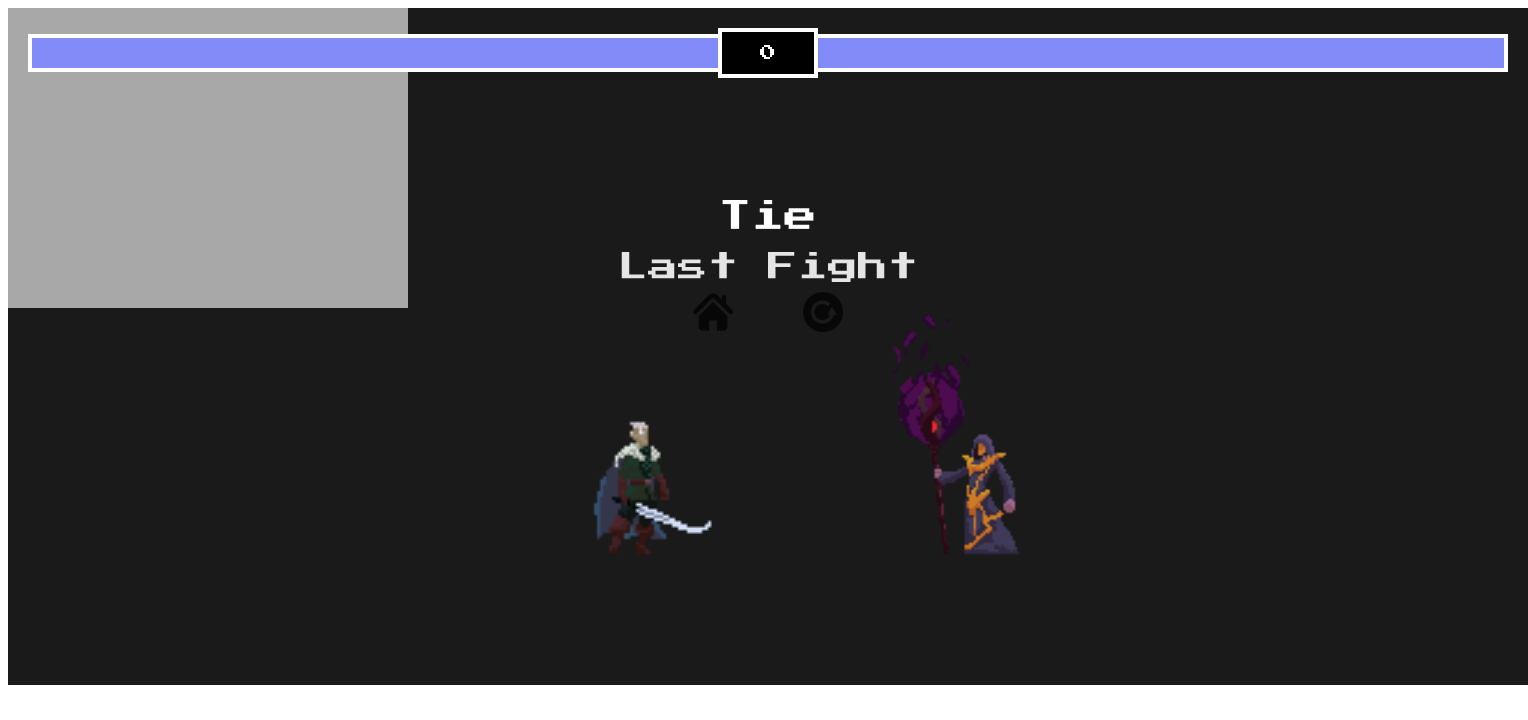
Repository: Gaurav31052/Fighting-game
Page: index.html
The author's editor kept a copy of each file at every save. The page is drawn from the files as they stood at one save, then again after the next save.
The browser window is 1280 px wide. The page is 1528 px wide, so the pictures cover 1528 px, including what lies to the right of the window. The pictures show the whole page.
Some web libraries are served in a nearby version.

Above is the page before, as saved 2024-05-30 23:19:07.

After the next save:
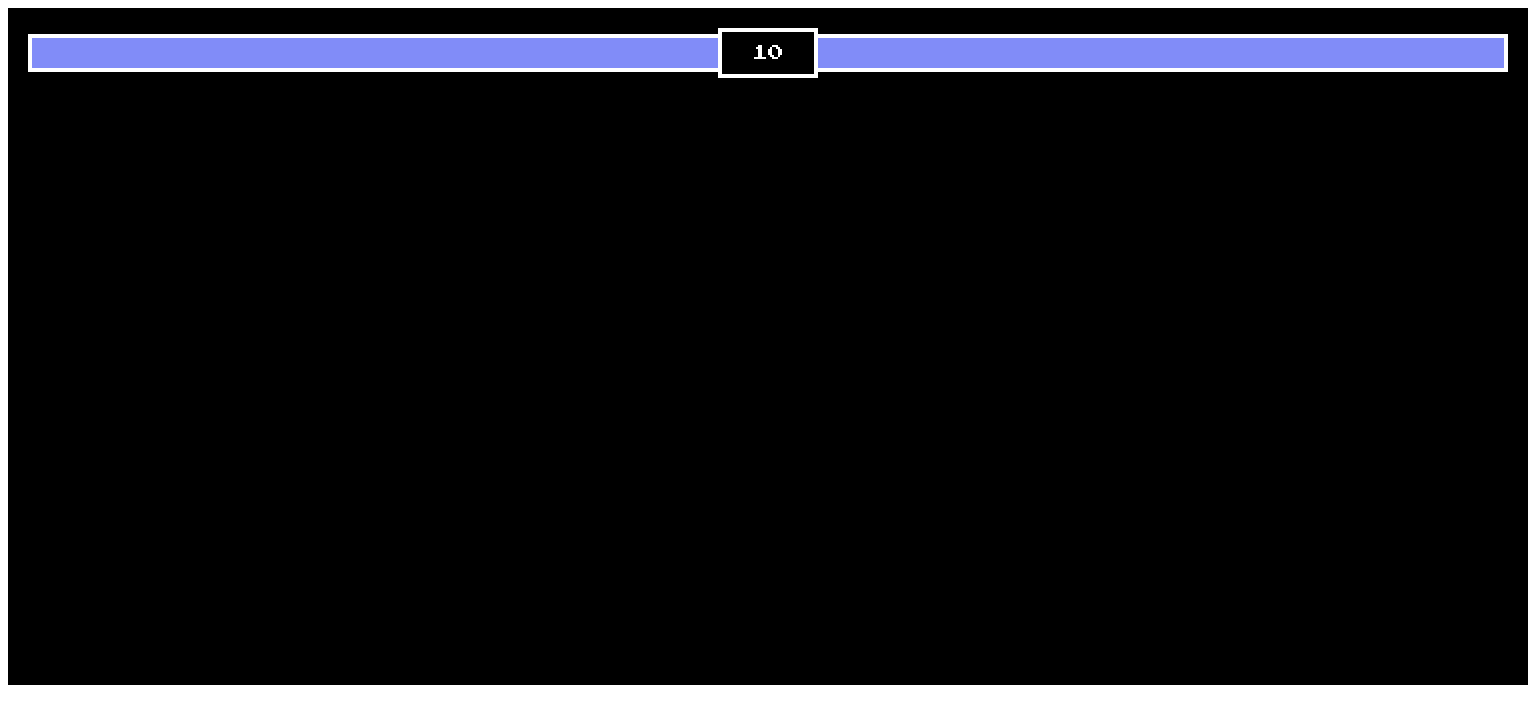
Console error: SyntaxError: Unexpected token ';'
Saved 93 s later.
--- a/JS/utils.js
+++ b/JS/utils.js
@@ -29,7 +29,7 @@
     }
 }
 
-let timer = 3;
+let timer = ;
 let timerId
 function decreaseTimer() {
     if (timer > 0) {

After the save that followed:
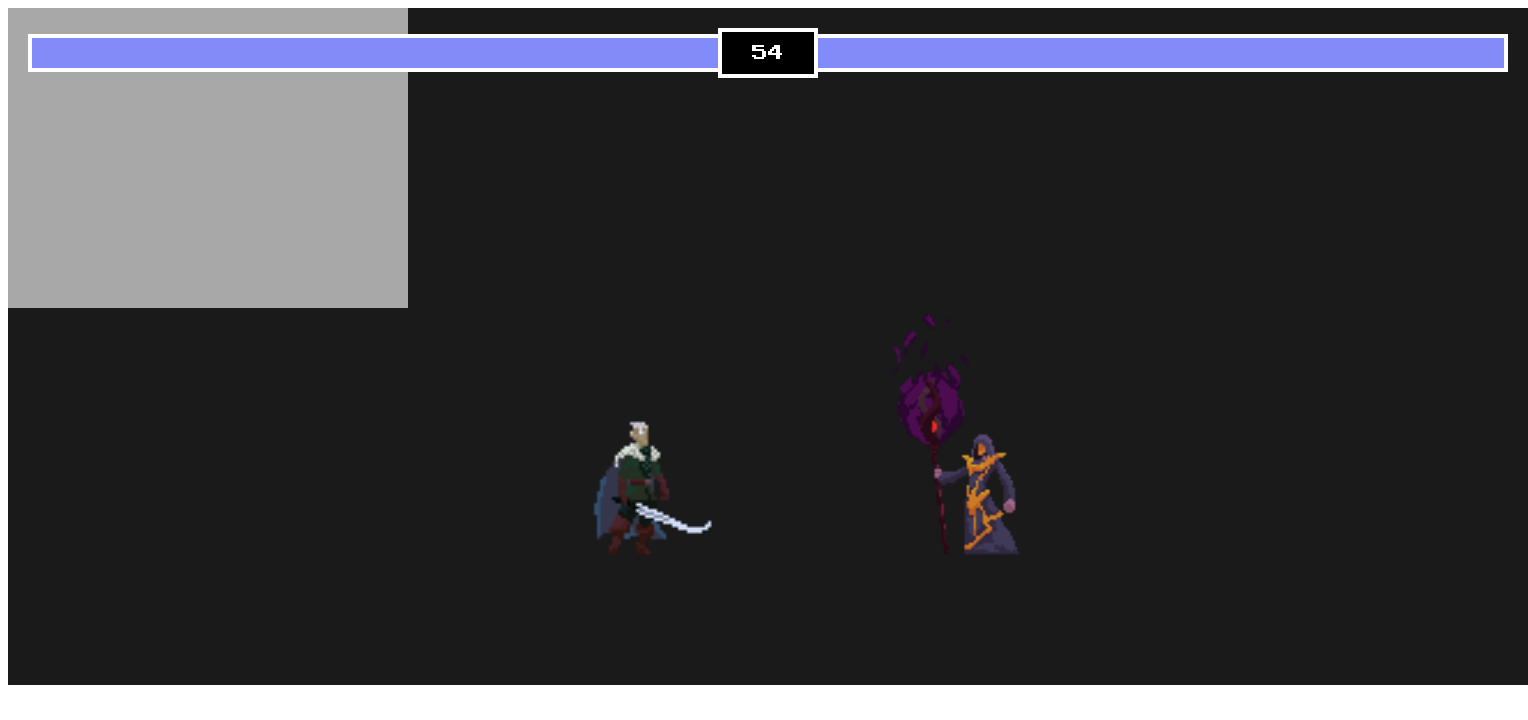
The error is gone.
Saved 4 s later.
--- a/JS/utils.js
+++ b/JS/utils.js
@@ -29,7 +29,7 @@
     }
 }
 
-let timer = ;
+let timer = 60;
 let timerId
 function decreaseTimer() {
     if (timer > 0) {
